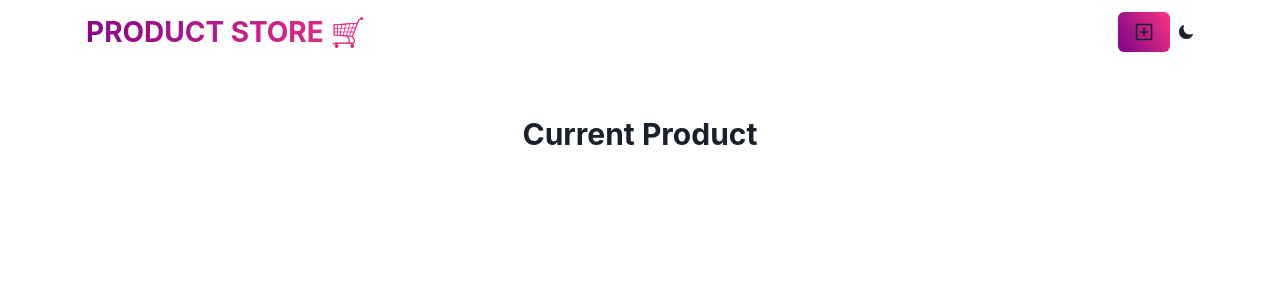
Repository: xiaojing168jmg168/MERN-API
Page: / (app in frontend/)
These files come from the project's save history. The page is drawn as it stood at one moment and after the next save; the edit follows.
The browser window is 1280 px wide. The pictures show the whole page.
The project was rebuilt for these pictures with package versions that can differ from the ones it lists, and the page was loaded fresh each time. Also part of the build but not shown: frontend/vite.config.js, frontend/src/store/product.js, frontend/src/pages/CreatePage.jsx.

Above is the page before, as saved 2025-01-29 11:53:43.

After the next save:
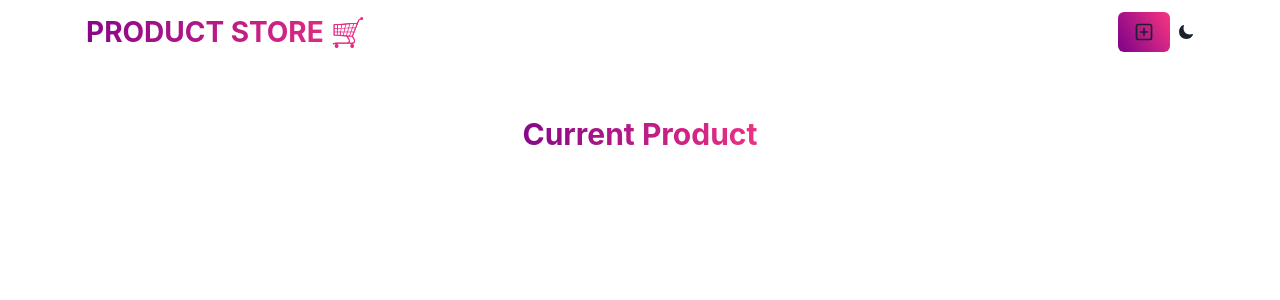
Saved 59 s later.
--- a/frontend/src/pages/HomePage.jsx
+++ b/frontend/src/pages/HomePage.jsx
@@ -7,7 +7,7 @@ const HomePage = () => {
         <Text
           fontSize={"30"}
           fontWeight={"bold"}
-          bgGradient={"linear(to-r, rgb(135, 7, 137), rgb(237, 48, 130)"}
+          bgGradient={"linear(to-r, rgb(135, 7, 137), rgb(237, 48, 130))"}
           bgClip={"text"}
           textAlign={"center"}
         >
